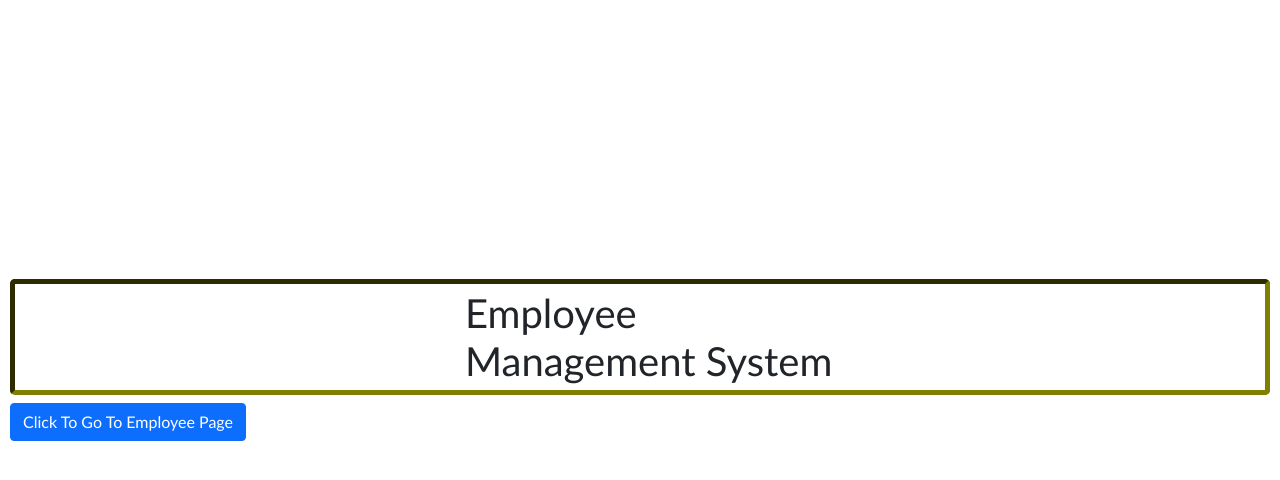
Repository: prieeyatambe/priyatambe_SpringMavenHibernate
Page: http://localhost/Project/
These files come from the project's save history. The page is drawn as it stood at one moment and after the next save; the edit follows.
The browser window is 1280 px wide. The pictures show the whole page.
The page is served by Tomcat 9. Other server files are loaded and not shown.

Above is the page before, as saved 2024-03-06 07:25:02.

### SpringMaven/mavenproject/Project/src/main/webapp/index.jsp
<html>
<head>
<link href="https://cdn.jsdelivr.net/npm/bootstrap@5.0.2/dist/css/bootstrap.min.css" rel="stylesheet">
<style type="text/css">
body{
	align-content: center;
	margin:10px
}
h2{
	font-size: 40px;
	font-family: 'Trebuchet MS', 'Lucida Sans Unicode', 'Lucida Grande', 'Lucida Sans', Arial, sans-serif;
	border: 5px olive inset;
	padding: 5px 400px 5px 450px;
	border-radius: 5px;
}
a{
    font-family: 'Trebuchet MS', 'Lucida Sans Unicode', 'Lucida Grande', 'Lucida Sans', Arial, sans-serif;
	font-size: 20px
}
a:hover{
	color: teal;
}
</style>
</head>
<body>
<h2>Employee Management System</h2>
<a href="list" class="btn btn-primary">Click To Go To Employee Page</a>
</body>
</html>

After the next save:
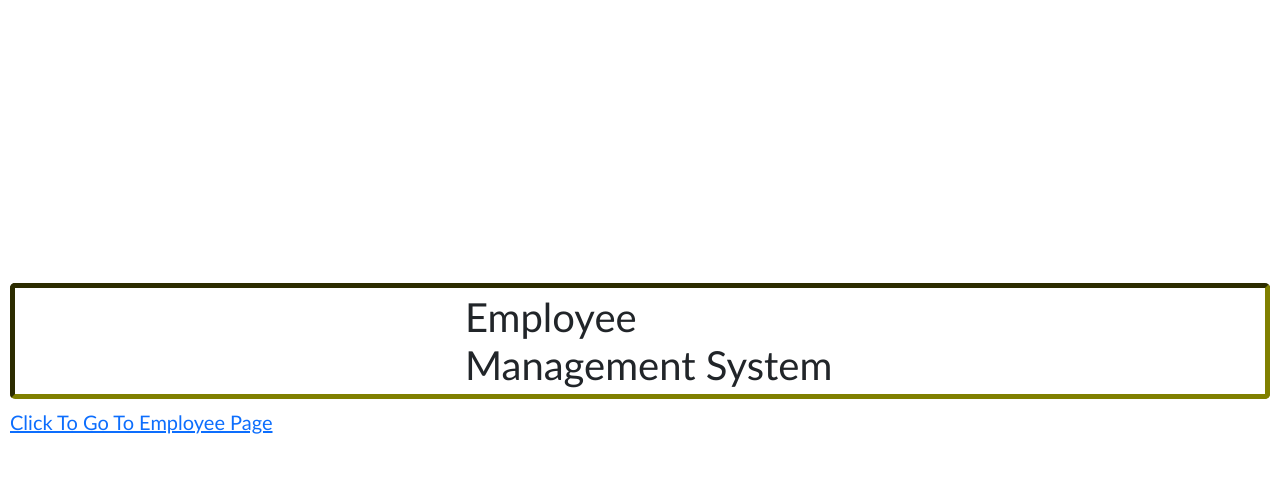
Saved 95 s later.
--- a/SpringMaven/mavenproject/Project/src/main/webapp/index.jsp
+++ b/SpringMaven/mavenproject/Project/src/main/webapp/index.jsp
@@ -24,6 +24,6 @@ a:hover{
 </head>
 <body>
 <h2>Employee Management System</h2>
-<a href="list" class="btn btn-primary">Click To Go To Employee Page</a>
+<a href="list">Click To Go To Employee Page</a>
 </body>
 </html>
